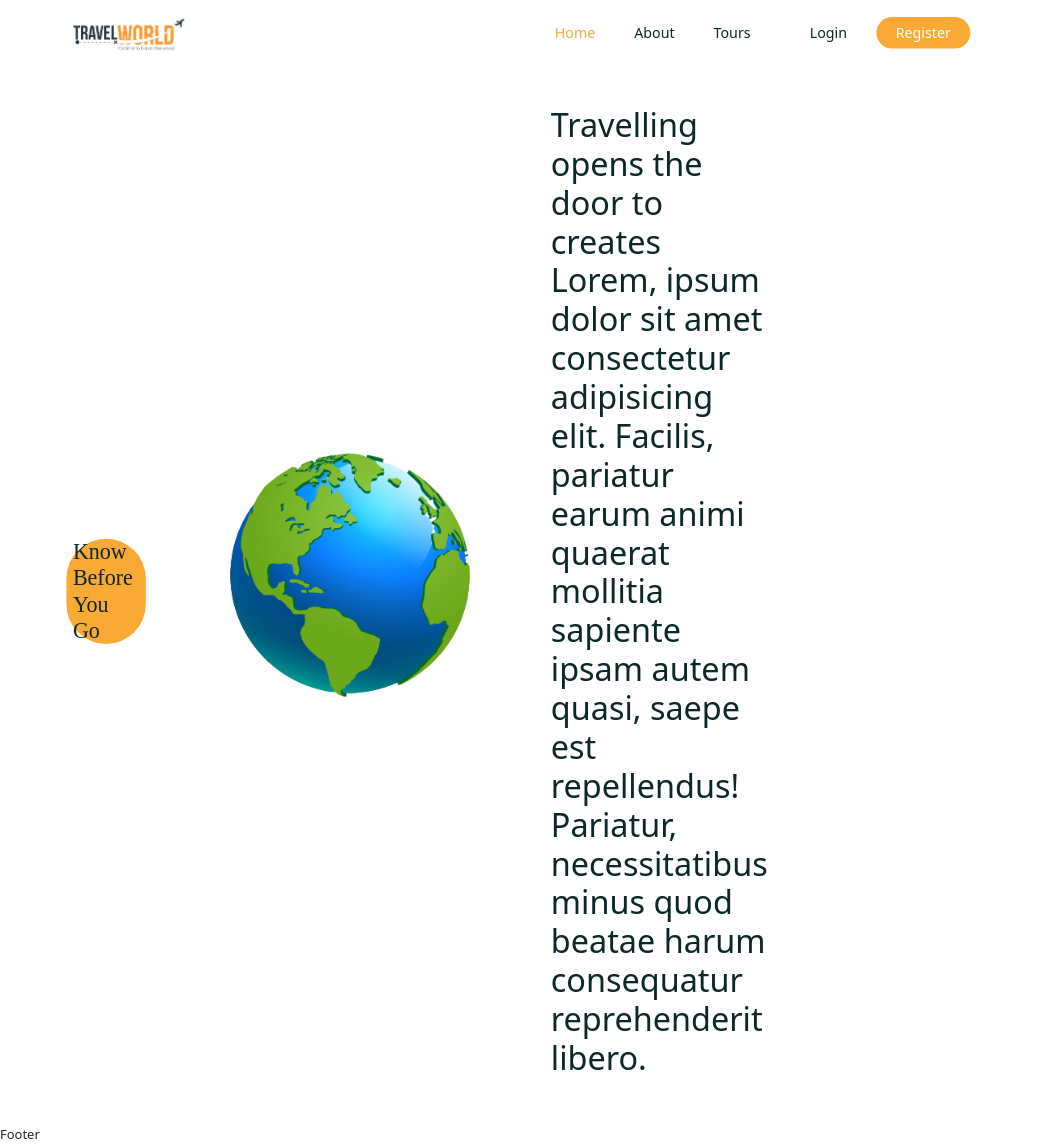
Repository: remydev47/travell-agency
Page: /
These files come from the project's save history. The page is drawn as it stood at one moment and after the next save; the edit follows.
The browser window is 1280 px wide. The pictures show the whole page, at 81% of full size.
Some web fonts or font styles are not loaded; a fallback is used. The project was rebuilt for these pictures with package versions that can differ from the ones it lists, and the page was loaded fresh each time. Also part of the build but not shown: vite.config.js, src/styles/home.css, src/pages/Login.jsx, src/pages/TourDetails.jsx, src/pages/Tours.jsx, src/pages/SearchResultList.jsx, src/pages/Register.jsx. Imported but missing from the stored project, and not drawn on this page: src/assets/images/hero-video.mp4.

Above is the page before, as saved 2023-01-31 11:46:29.

### src/main.jsx
import React from 'react'
import ReactDOM from 'react-dom/client'
import App from './App'
import "bootstrap/dist/css/bootstrap.min.css";
import "remixicon/fonts/remixicon.css";
import "slick-carousel/slick/slick.css";
import "slick-carousel/slick/slick-theme.css";
import { BrowserRouter } from 'react-router-dom';

ReactDOM.createRoot(document.getElementById('root')).render(
  <React.StrictMode>
    <BrowserRouter>
      <App />
    </BrowserRouter>
  </React.StrictMode>,
)

### src/App.jsx
import { useState } from 'react'
import './App.css'
import Layout from './components/Layout/Layout'

function App() {
  return (
    <>
      <Layout />
    </>
  )
}

export default App

### src/components/Layout/Layout.jsx
import React from 'react';
import Header from '../Header/Header';
import Footer from '../Footer/Footer';
import Routers from '../../router/Routers';

const Layout = () => {
  return (
   <>
     <Header />
     <Routers />
     <Footer />
   </>
  )
}

export default Layout

### src/components/Header/Header.jsx
import React from 'react';
import { Container, Row, Button } from 'reactstrap';
import { NavLink, Link  } from 'react-router-dom';
import logo from "../../assets/images/logo.png";
import './header.css';

const nav__links=[
  {
    path:'/home',
    display: 'Home'
  },
  {
    path:'/about',
    display: 'About'
  },
  {
    path:'/tours',
    display: 'Tours'
  },
]

const Header = () => {
  return (
    <header className="header">
      <Container>
        <Row>
          <div className="nav__wrapper d-flex align-items-center
           justify-content-between ">
            {/* Logo start */}
            <div className="logo">
              <img src={logo} />
            </div>
            {/* Logo ends */}

            {/* menu starts */}
            <div className="navigation">
              <ul className="menu d-flex align-items-center gap-5">
                {nav__links.map((item, index) => (
                  <li className="nav__item" key={index}>
                    <NavLink
                     to={item.path}
                     className={navClass=> navClass.isActive ? 'active__link' : ''}
                     >
                      {item.display}
                    </NavLink>
                  </li>
                ))}
              </ul>
            </div>
            {/* menu ends */}

            <div className="nav__right d-flex align-items-center gap-4">
              <div className="nav__btns d-flex align-items-center gap-4">
                <Button className='btn secondary__btn '>
                  <Link to="/login">Login</Link>
                </Button>

                <Button className='btn primary__btn '>
                  <Link to="/register">Register</Link>
                </Button>
              </div>
            </div>

          </div>
        </Row>
      </Container>
    </header>
  )
}

export default Header

### src/router/Routers.js
import React from 'react';
import { Routes, Route, Navigate } from 'react-router-dom';

import { SearchResultList, Tours, TourDetails, Login, Register, Home } from '../pages';

const Routers = () => {
  return (
    <Routes>
        <Route path="/" element={<Navigate to='/home' />} />
        <Route path="/home" element={<Home />} />
        <Route path="/tours" element={<Tours />} />
        <Route path="/tours:id" element={<TourDetails />} />
        <Route path="/login" element={<Login />} />
        <Route path="/register" element={<Register />} />
        <Route path="/tours/search" element={<SearchResultList />} />
    </Routes>
  )
}

export default Routers

### src/components/Header/header.css
.header{
    width: 100%;
    height: 80px;
    line-height: 80px;
}

.logo img{
    width: 30%;
}

.menu{
    margin-bottom: 0;
}

.nav__item a{
    text-decoration: none;
    color: var(--heading-color);
    font-weight: 500;
    font-size: 1.1rem;
}

.nav__item a:hover{
    color: inherit;
}

.nav__item a.active__link{
    color: var(--secondary-color);
}

.mobile__menu{
    font-size: 1.3rem;
    color: var(--heading-color);
    display: none;
}

.stick__header{
    width: 100%;
    height: 80px;
    line-height: 80px;
    background: #fff;
    position: sticky;
    top: 0;
    left: 0;
    box-shadow: 3ps 3px 8px #ddd;
    z-index: 999;
}

### src/pages/index.js
import Home from "./Home"
import Login from "./Login";
import TourDetails from "./TourDetails";
import Tours from "./Tours";
import SearchResultList from "./SearchResultList";
import Register from "./Register";

export {
    Home, Tours, TourDetails, Login, SearchResultList, Register
}

### src/pages/Home.jsx
import React from 'react';
import '../styles/home.css';
import  { Container, Row, Col } from 'reactstrap';
import heroImg from '../assets/images/hero-img01.jpg';
import heroImg02 from '../assets/images/hero-img02.jpg';
import heroVideo from '../assets/images/hero-video.mp4';
import worldImg from '../assets/images/world.png'
import Subtitle from '../shared/Subtitle';

const Home = () => {
  return (
    <>
     <section>
      <Container>
        <Row>
          <Col lg="6">
            <div className='hero__content'>
              <div className="hero__subtitle d-flex align-items-center">
                <Subtitle subtitle={'Know Before You Go'}/>
                <img src={worldImg} alt=''/>
                <h1>Travelling opens the door to creates <span className="highlights">Lorem, ipsum dolor sit amet consectetur adipisicing elit. Facilis, pariatur earum animi quaerat mollitia sapiente ipsam autem quasi, saepe est repellendus! Pariatur, necessitatibus minus quod beatae harum consequatur reprehenderit libero.</span></h1>
              </div>
            </div>
          </Col>
        </Row>
      </Container>
     </section>
    </>
  )
}

export default Home

### src/shared/Subtitle.jsx
import React from 'react'

const Subtitle = ({ subtitle }) => {
  return (
    <h3 className='section__subtitle'>{subtitle}</h3>
  )
}

export default Subtitle

Loaded but not shown: index.html (common file); src/App.css (common file); src/components/Footer/Footer.jsx (common file)

After the next save:
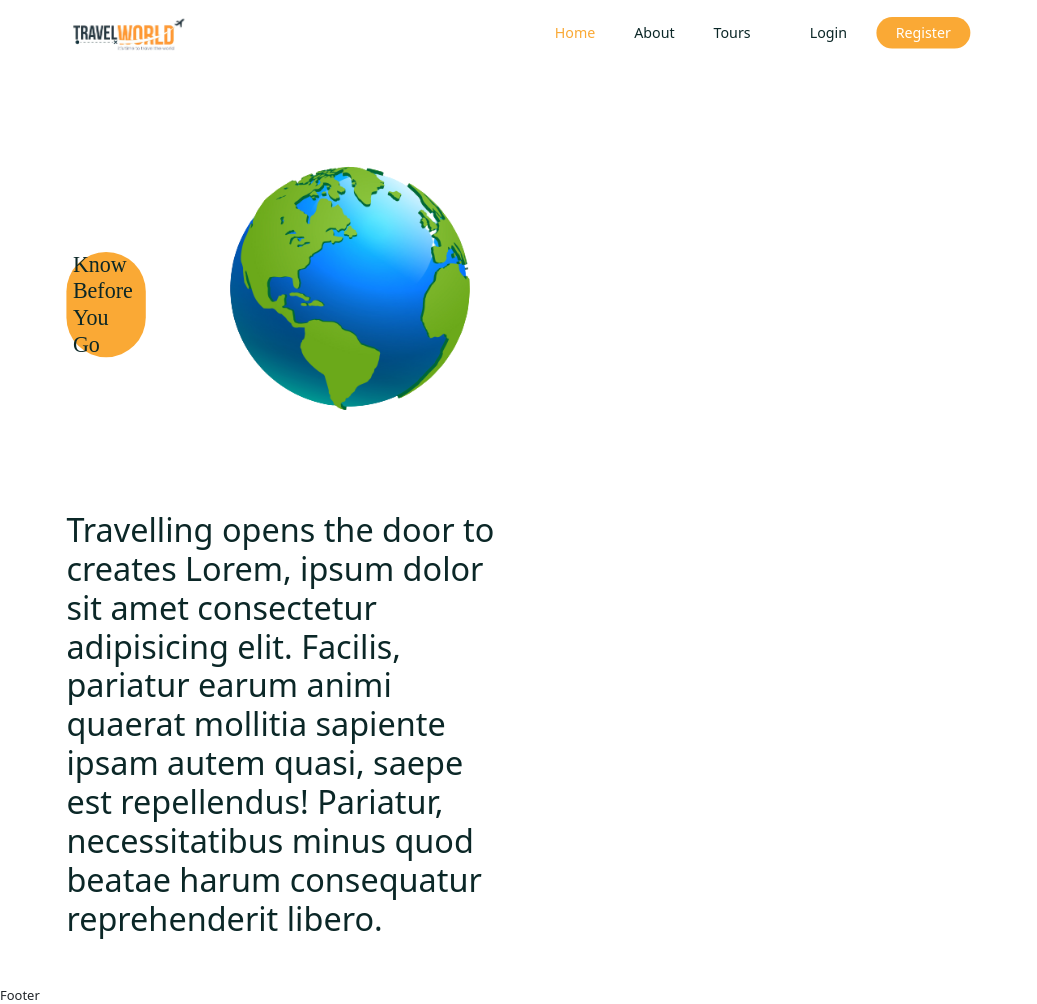
Saved 38 s later.
--- a/src/pages/Home.jsx
+++ b/src/pages/Home.jsx
@@ -18,8 +18,9 @@ const Home = () => {
               <div className="hero__subtitle d-flex align-items-center">
                 <Subtitle subtitle={'Know Before You Go'}/>
                 <img src={worldImg} alt=''/>
-                <h1>Travelling opens the door to creates <span className="highlights">Lorem, ipsum dolor sit amet consectetur adipisicing elit. Facilis, pariatur earum animi quaerat mollitia sapiente ipsam autem quasi, saepe est repellendus! Pariatur, necessitatibus minus quod beatae harum consequatur reprehenderit libero.</span></h1>
               </div>
+              <h1>Travelling opens the door to creates <span className="highlights">Lorem, ipsum dolor sit amet consectetur adipisicing elit. Facilis, pariatur earum animi quaerat mollitia sapiente ipsam autem quasi, saepe est repellendus! Pariatur, necessitatibus minus quod beatae harum consequatur reprehenderit libero.</span></h1>
+
             </div>
           </Col>
         </Row>
